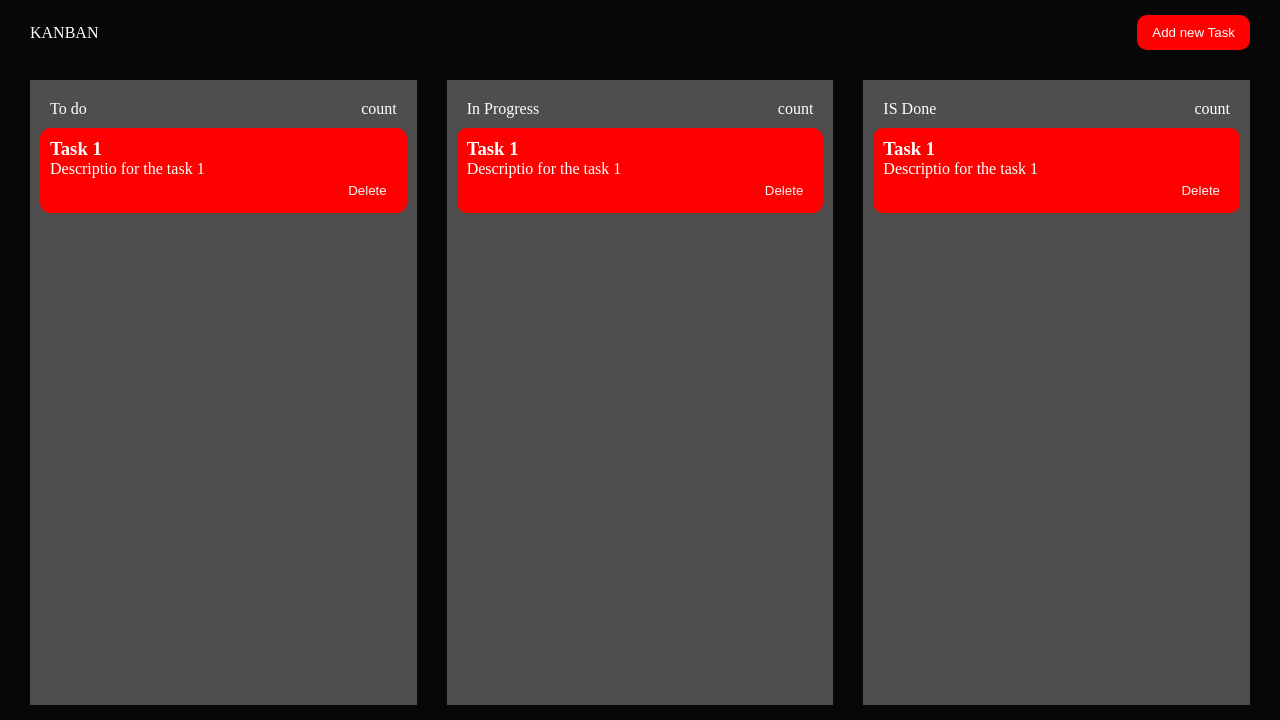
Repository: Sandeepji-5/Kanban-board
Page: index.html
An editor plug-in stored every save of this project. The page is shown before and after the next save, followed by the edit.
The browser window is 1280 px wide. The pictures show the whole page.

Above is the page before, as saved 2025-12-09 12:21:00.

After the next save:
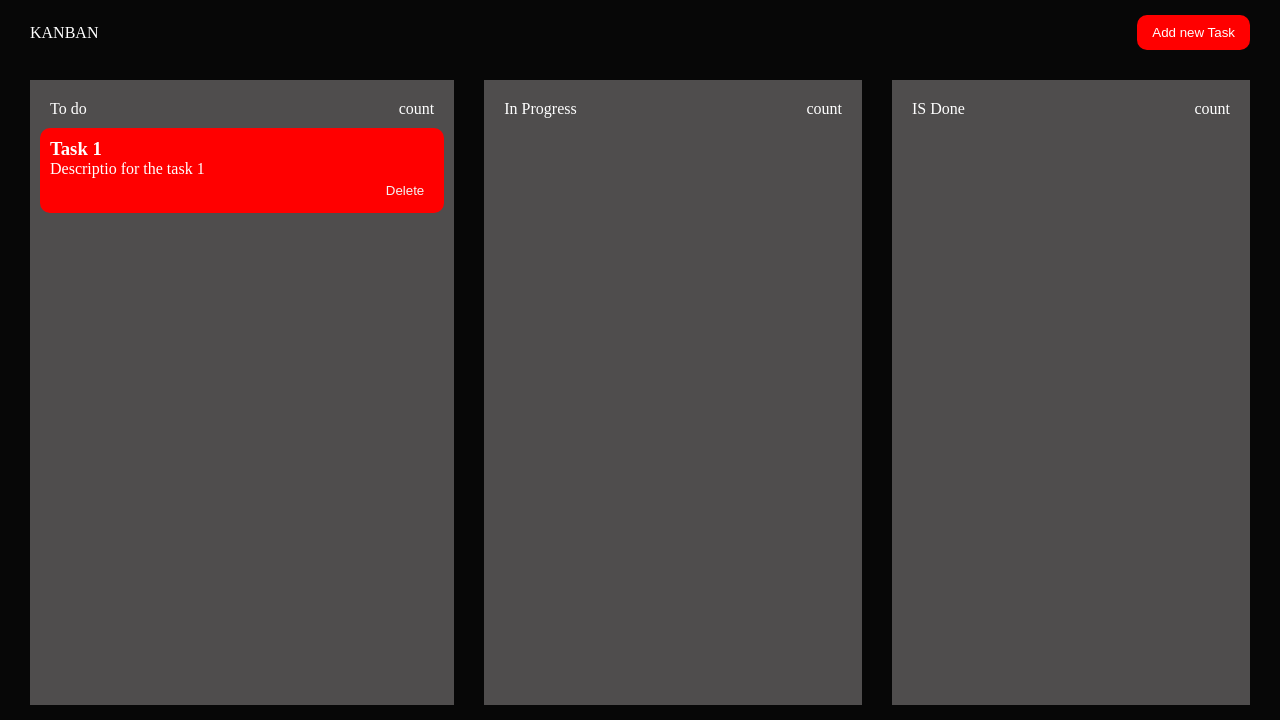
Saved 6 min 9 s later.
--- a/index.html
+++ b/index.html
@@ -29,22 +29,14 @@
                     <div class="left">In Progress</div>
                     <div class="right">count</div>
                 </div>
-                   <div class="task">
-                    <h3>Task 1</h3>
-                    <p>Descriptio for the task 1 </p>
-                    <button>Delete</button>
-                </div>
+
             </div>
             <div  id="done"   class="task-column">
                 <div class="heading">
                     <div class="left">IS Done </div>
                     <div class="right"> count</div>
                 </div>
-                   <div class="task">
-                    <h3>Task 1</h3>
-                    <p>Descriptio for the task 1 </p>
-                    <button>Delete</button>
-                </div>
+
             </div>
         </section>
 
